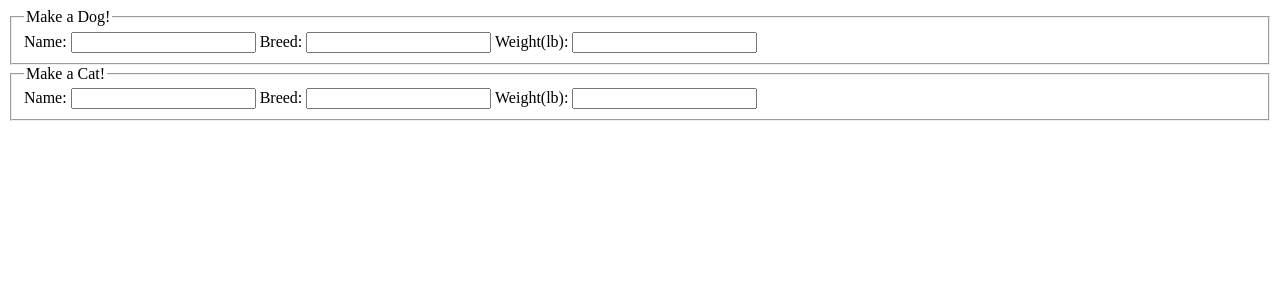
Repository: bchang1213/javaEE
Page: http://localhost/Pets/Home
The author's editor kept a copy of each file at every save. The page is drawn from the files as they stood at one save, then again after the next save.
The browser window is 1280 px wide. The pictures show the whole page.
The page is served by Tomcat 9.

Above is the page before, as saved 2017-10-05 23:14:57.

After the next save:
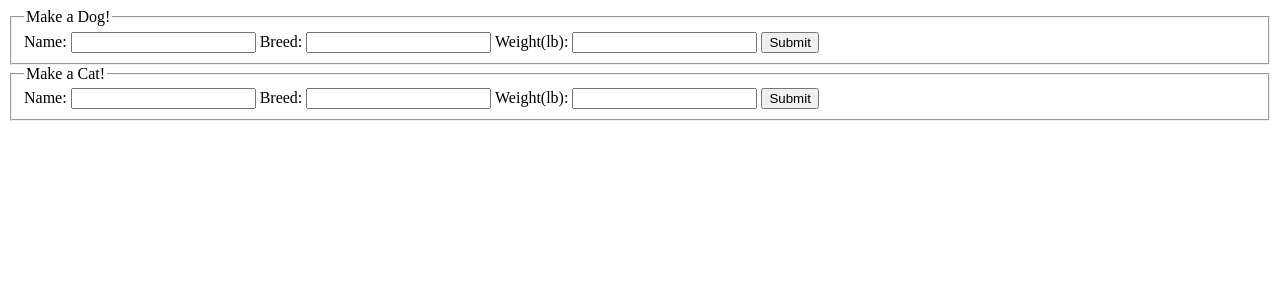
Saved 37 s later.
--- a/Pets/WebContent/WEB-INF/views/home.jsp
+++ b/Pets/WebContent/WEB-INF/views/home.jsp
@@ -14,6 +14,7 @@
 			Name: <input type="text" name="name">
 			Breed: <input type="text" name="breed">
 			Weight(lb): <input type="number" name="weight">
+			<input type="submit" name="submit">
 		</form>
 	</fieldset>
 	<fieldset>
@@ -22,6 +23,7 @@
 			Name: <input type="text" name="name">
 			Breed: <input type="text" name="breed">
 			Weight(lb): <input type="number" name="weight">
+			<input type="submit" name="submit">
 		</form>
 	</fieldset>
 </body>
